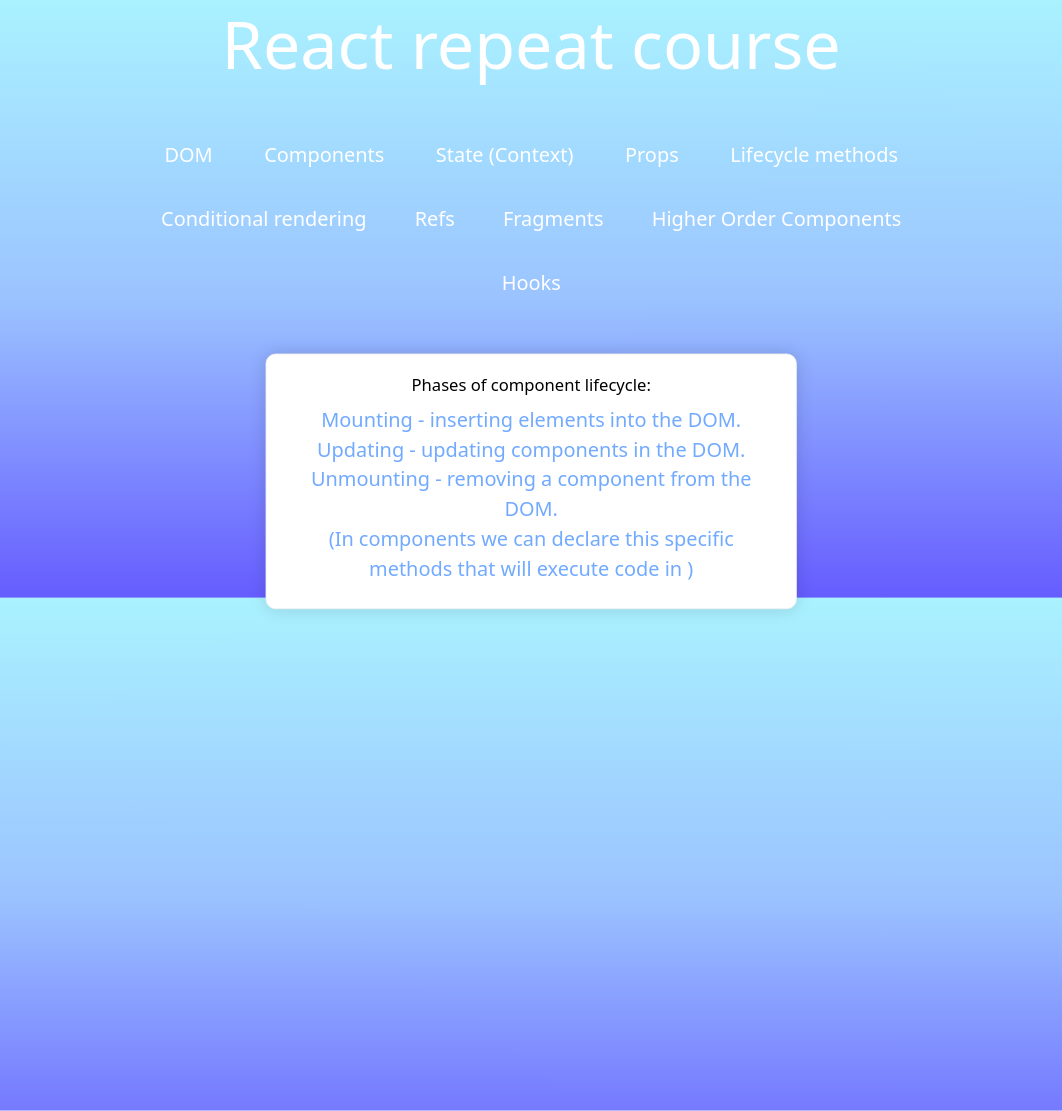
Repository: michalgornicki/github
Page: /#/Lifecycle
The author's editor kept a copy of each file at every save. The page is drawn from the files as they stood at one save, then again after a run of saves.
The browser window is 1280 px wide. The pictures show the whole page, at 83% of full size.
Backgrounds fixed to the window are drawn as part of the page. The project was rebuilt for these pictures with package versions that can differ from the ones it lists, and the page was loaded fresh each time. Also part of the build but not shown: src/components/dom.jsx, src/components/components.jsx, src/components/state.jsx, src/components/props.jsx, src/components/conditional.jsx, src/components/refs.jsx, src/components/fragments.jsx, src/components/hoc.jsx and 1 more.

Above is the page before, as saved 2022-02-07 13:08:39.

### src/App.jsx
import React from "react";
import "./App.css";
import "bootstrap/dist/css/bootstrap.min.css";
import { Route, HashRouter as Router, Routes, Link } from "react-router-dom";
import DOM from "./components/dom.jsx";
import Components from "./components/components.jsx";
import State from "./components/state.jsx";
import Props from "./components/props.jsx";
import Lifecycle from "./components/lifecycle.jsx";
import Conditional from "./components/conditional.jsx";
import Refs from "./components/refs.jsx";
import Fragments from "./components/fragments.jsx";
import HOC from "./components/hoc.jsx";
import Hooks from "./components/hooks.jsx";

const App = () => {
  return (
    <Router>
      <div className="text-center">
        <div className="display-1 mt-1 mb-5 text-white">React repeat course</div>

        <div className="h4 d-flex w-75 m-auto my-5 justify-content-evenly flex-wrap text-white">
          <Link className="link-style m-3" to="/">
            DOM
          </Link>
          <Link className="link-style m-3" to="/Components">
            Components
          </Link>
          <Link className="link-style m-3" to="/State">
            State (Context)
          </Link>
          <Link className="link-style m-3" to="/Props">
            Props
          </Link>
          <Link className="link-style m-3" to="/Lifecycle">
            Lifecycle methods
          </Link>
          <Link className="link-style m-3" to="/Conditional">
            Conditional rendering
          </Link>
          <Link className="link-style m-3" to="/Refs">
            Refs
          </Link>
          <Link className="link-style m-3" to="/Fragments">
            Fragments
          </Link>
          <Link className="link-style m-3" to="/HOC">
            Higher Order Components
          </Link>
          <Link className="link-style m-3" to="/Hooks">
            Hooks
          </Link>
        </div>

        <Routes>
          <Route path="/" element={<DOM />} />
          <Route path="/Components" element={<Components />} />
          <Route path="/State" element={<State />} />
          <Route path="/Props" element={<Props />} />
          <Route path="/Lifecycle" element={<Lifecycle />} />
          <Route path="/Conditional" element={<Conditional />} />
          <Route path="/Refs" element={<Refs />} />
          <Route path="/Fragments" element={<Fragments />} />
          <Route path="/HOC" element={<HOC />} />
          <Route path="/Hooks" element={<Hooks />} />
        </Routes>
      </div>
    </Router>
  );
};

export default App;

### src/App.css
@import url('https://fonts.googleapis.com/css2?family=Catamaran:wght@400&display=swap');

body{
    font-family: 'Catamaran', sans-serif;
    overflow-x: hidden;
    padding-bottom: 80vh;
    height: auto;
    background: linear-gradient(rgb(170, 242, 255), rgb(155, 195, 255), rgb(102, 92, 255));
    background-attachment: fixed;
}

.js-item{
    color:rgb(0, 0, 0);
    font-size: 1.25rem;
    background-color: white;
    transition: 0.2s;
    padding: 3vh;
    margin-bottom: 4vh!important;
    border: 1px solid rgb(240, 240, 240);
    width: 50%;
    margin-left: auto;
    margin-right: auto;
    box-shadow: 0px 0px 20px rgba(0, 0, 0, 0.15);
    border-radius: 0.75rem;
}

.js-item:hover{
    cursor: pointer;
    background-color: rgb(240, 240, 240);
}

.text-color{
    margin: auto;
    padding: 0.5rem;
    width: fit-content;
    color:rgb(113, 170, 255)!important;
    font-size: 1.5rem;
    border-radius: 1rem;
}

.link-style{
    color: inherit;
    text-decoration: inherit;
    padding: 0.5rem;
    border-radius: 0.5rem;
}

.link-style:hover{
    color: rgb(113, 170, 255);
    text-decoration: inherit;
}

@media only screen and (max-device-width: 600px), (max-width: 600px) {

    .js-item{
        width: 95%;
    }

}

### src/components/lifecycle.jsx
const Lifecycle = () => {
  return (
    <div className="">
      <div className="js-item">
        {" "}
        <div className="">Phases of component lifecycle: </div>
        <div className="text-color">
          {`Mounting - inserting elements into the DOM.`} <br />
          {`Updating - updating components in the DOM.`} <br />
          {`Unmounting - removing a component from the DOM.`}{" "} <br />
          (In components we can declare this specific methods that will execute code in )
        </div>{" "}

      </div>
    </div>
  );
};

export default Lifecycle;

Loaded but not shown: public/index.html (common file); src/index.js (common file); src/index.css (common file); src/reportWebVitals.js (common file)

After the next 2 saves:
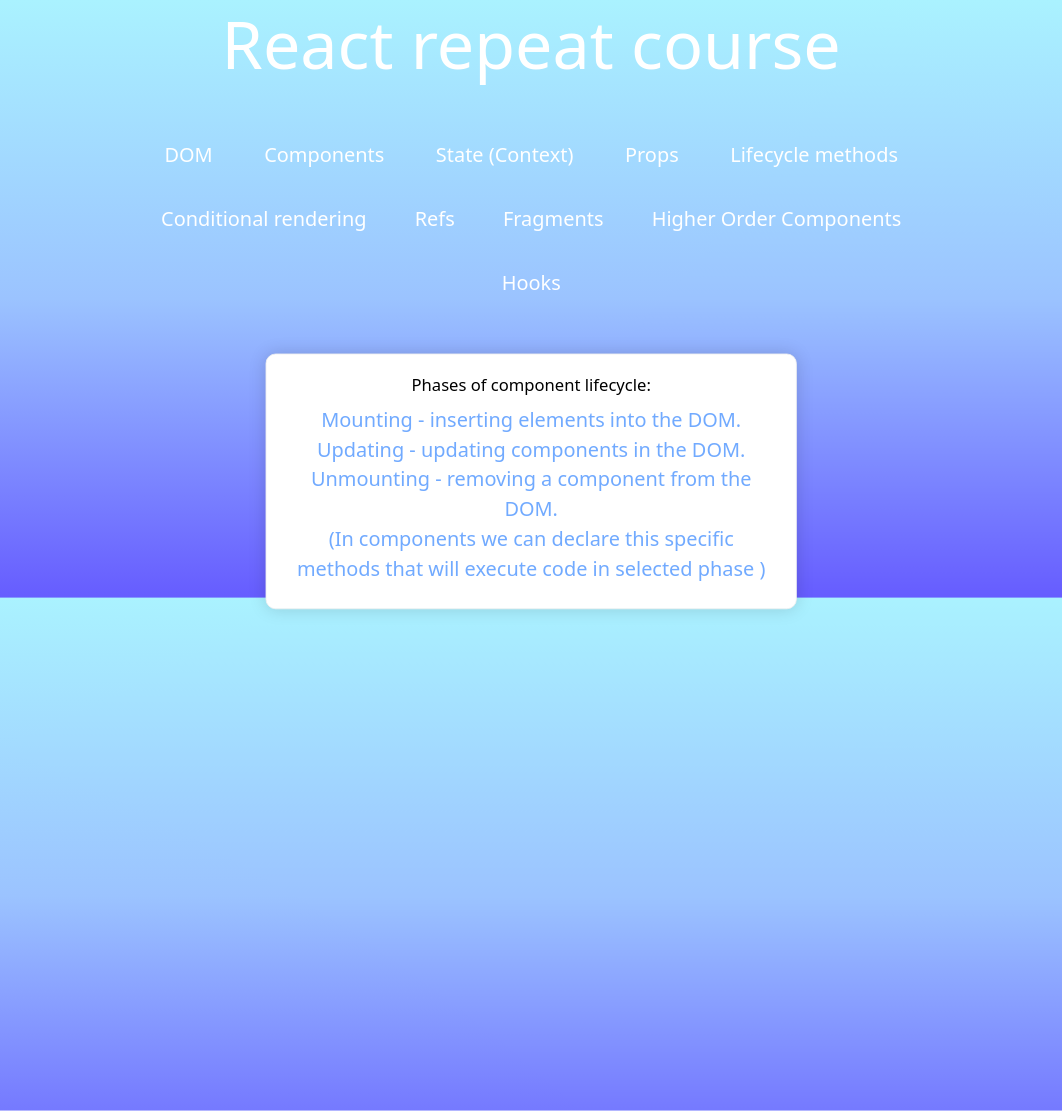
The 2 saves are shown as one change because they came seconds apart.
The last was saved 7 s later.
--- a/src/components/lifecycle.jsx
+++ b/src/components/lifecycle.jsx
@@ -8,7 +8,7 @@
           {`Mounting - inserting elements into the DOM.`} <br />
           {`Updating - updating components in the DOM.`} <br />
           {`Unmounting - removing a component from the DOM.`}{" "} <br />
-          (In components we can declare this specific methods that will execute code in )
+          (In components we can declare this specific methods that will execute code in selected phase )
         </div>{" "}
 
       </div>
